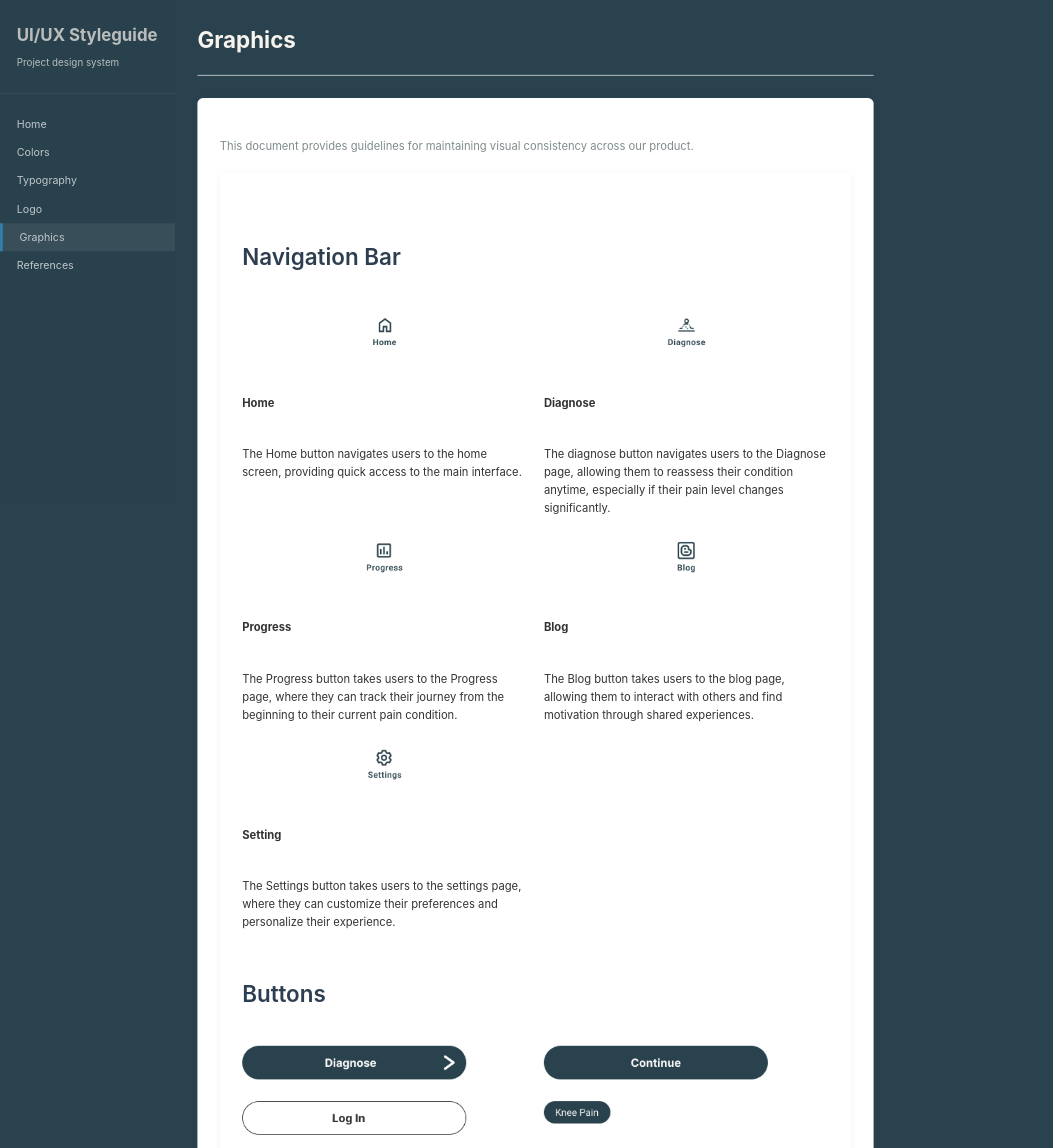
Repository: rosielee09/Heal_U
Page: graphics.html
An editor plug-in stored every save of this project. The page is shown before and after the next save, followed by the edit.
The browser window is 1280 px wide. The page is 1504 px wide, so the pictures cover 1504 px, including what lies to the right of the window. The pictures show the part of the page from y = 0 to 1640 px (the page is 4974 px tall before and 4952 px after), at 70% of full size.

Above is the page before, as saved 2025-04-06 10:28:36.

After the next save:
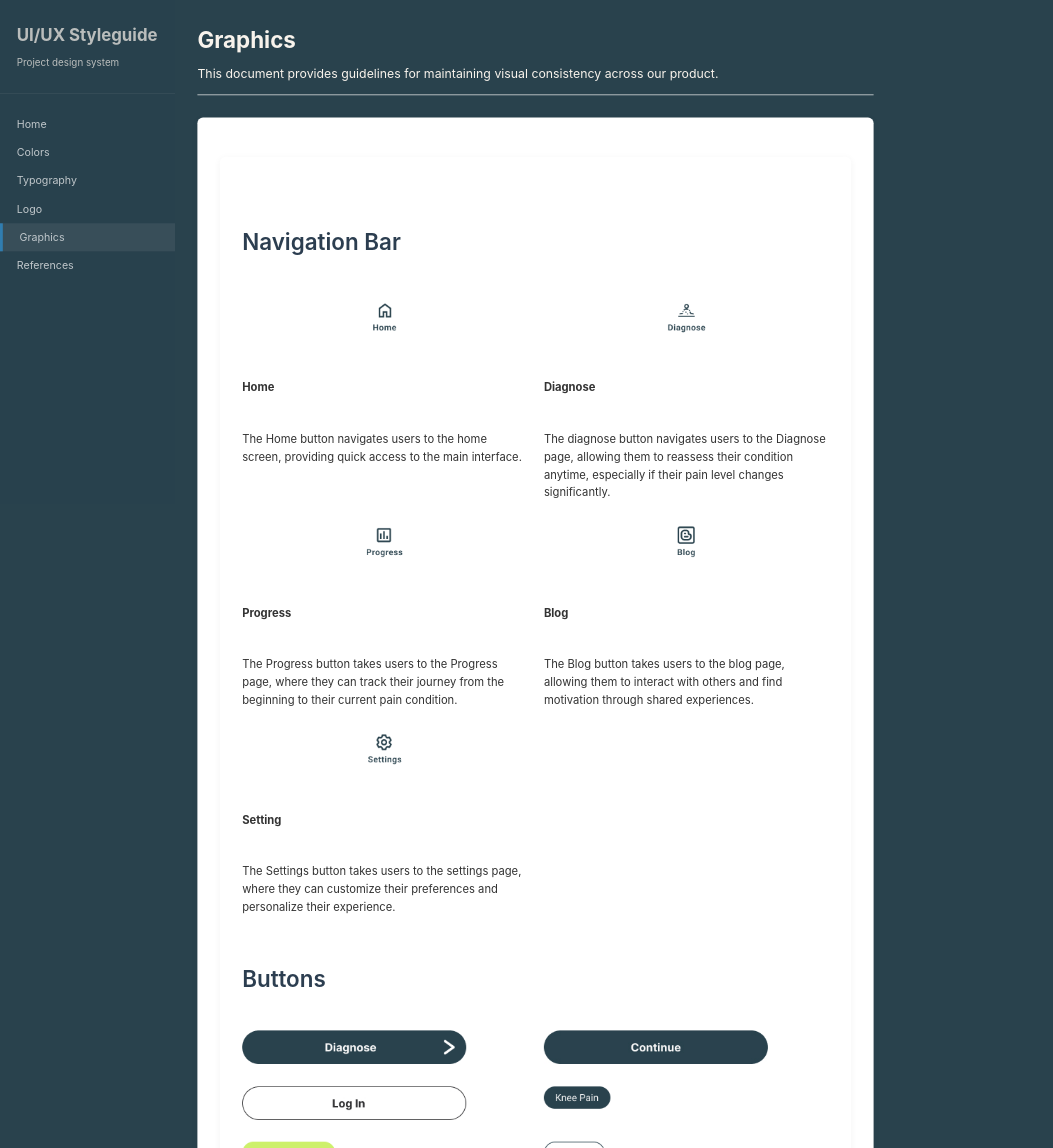
Saved 3 min 36 s later.
--- a/graphics.html
+++ b/graphics.html
@@ -29,11 +29,12 @@
         <div class="content">
             <header class="page-header">
                 <h2>Graphics</h2>
+                <p>This document provides guidelines for maintaining visual consistency across our product.</p>
             </header>
 
             <div class="component">
                 <div class="component-header">
-                  <p class="component-description">This document provides guidelines for maintaining visual consistency across our product.</p>
+                  <p class="component-description"></p>
                 </div>
            <!-- SECTION 1: menu bar -->
            <div class="component">
